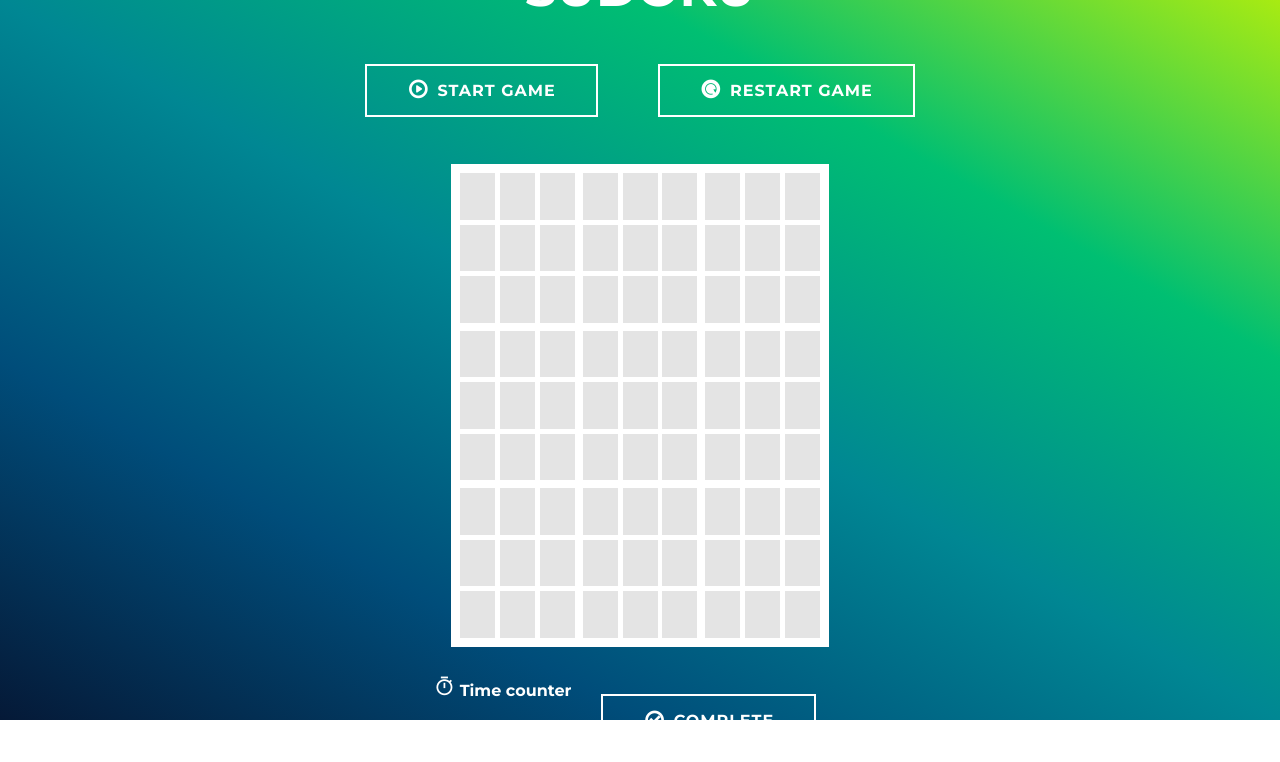
Repository: pattypetrikova/sudoku
Page: index.html
The author's editor kept a copy of each file at every save. The page is drawn from the files as they stood at one save, then again after the next save.
The browser window is 1280 px wide. The pictures show the whole page.
Some web fonts or font styles are not loaded; a fallback is used.

Above is the page before, as saved 2022-12-30 12:32:20.

### index.html
<!DOCTYPE html>
<html lang="en">
<head>
    <meta charset="UTF-8">
    <meta http-equiv="X-UA-Compatible" content="IE=edge">
    <meta name="viewport" content="width=device-width, initial-scale=1.0">
    <link rel="stylesheet" href="./assets/style.css">
    <link rel="preconnect" href="https://fonts.googleapis.com">
    <link rel="preconnect" href="https://fonts.gstatic.com" crossorigin>
    <link href="https://fonts.googleapis.com/css2?family=Erica+One&family=Montserrat:ital,wght@0,700;1,400&display=swap" rel="stylesheet">
    <link href="https://cdn.jsdelivr.net/npm/remixicon@2.5.0/fonts/remixicon.css" rel="stylesheet">
    <title>Sudoku</title>
</head>
<body>
    <main class="background">
        <h1 class="title">Sudoku</h1>
        <div class="head">
            <div class="buttons">
                <button class="button button-1 start"><i class="ri-play-circle-line ri-lg"></i>
                    Start game</button>
                    <button class="button button-1 start"><i class="ri-restart-fill ri-lg"></i>Restart game</button>
            </div>
        </div>
        <div class="game">
            <div class="gameboard">
                <form class="board-section" action="">
                    <input class="number" type="text">
                    <input class="number" type="text">
                    <input class="number" type="text">
                    <input class="number" type="text">
                    <input class="number" type="text">
                    <input class="number" type="text">
                    <input class="number" type="text">
                    <input class="number" type="text">
                    <input class="number" type="text">
                </form>
                <form class="board-section" action="">
                    <input class="number" type="text">
                    <input class="number" type="text">
                    <input class="number" type="text">
                    <input class="number" type="text">
                    <input class="number" type="text">
                    <input class="number" type="text">
                    <input class="number" type="text">
                    <input class="number" type="text">
                    <input class="number" type="text">
                </form>
                <form class="board-section" action="">
                    <input class="number" type="text">
                    <input class="number" type="text">
                    <input class="number" type="text">
                    <input class="number" type="text">
                    <input class="number" type="text">
                    <input class="number" type="text">
                    <input class="number" type="text">
                    <input class="number" type="text">
                    <input class="number" type="text">
                </form>
                <form class="board-section" action="">
                    <input class="number" type="text">
                    <input class="number" type="text">
                    <input class="number" type="text">
                    <input class="number" type="text">
                    <input class="number" type="text">
                    <input class="number" type="text">
                    <input class="number" type="text">
                    <input class="number" type="text">
                    <input class="number" type="text">
                </form>
                <form class="board-section" action="">
                    <input class="number" type="text">
                    <input class="number" type="text">
                    <input class="number" type="text">
                    <input class="number" type="text">
                    <input class="number" type="text">
                    <input class="number" type="text">
                    <input class="number" type="text">
                    <input class="number" type="text">
                    <input class="number" type="text">
                </form>
                <form class="board-section" action="">
                    <input class="number" type="text">
                    <input class="number" type="text">
                    <input class="number" type="text">
                    <input class="number" type="text">
                    <input class="number" type="text">
                    <input class="number" type="text">
                    <input class="number" type="text">
                    <input class="number" type="text">
                    <input class="number" type="text">
                </form>
                <form class="board-section" action="">
                    <input class="number" type="text">
                    <input class="number" type="text">
                    <input class="number" type="text">
                    <input class="number" type="text">
                    <input class="number" type="text">
                    <input class="number" type="text">
                    <input class="number" type="text">
                    <input class="number" type="text">
                    <input class="number" type="text">
                </form>
                <form class="board-section" action="">
                    <input class="number" type="text">
                    <input class="number" type="text">
                    <input class="number" type="text">
                    <input class="number" type="text">
                    <input class="number" type="text">
                    <input class="number" type="text">
                    <input class="number" type="text">
                    <input class="number" type="text">
                    <input class="number" type="text">
                </form>
                <form class="board-section" action="">
                    <input class="number" type="text">
                    <input class="number" type="text">
                    <input class="number" type="text">
                    <input class="number" type="text">
                    <input class="number" type="text">
                    <input class="number" type="text">
                    <input class="number" type="text">
                    <input class="number" type="text">
                    <input class="number" type="text">
                </form>
            </div>
        </div>
        <div class="footer">
            <div class="footer-buttons">
                <div class="time-couner"><i class="ri-timer-line ri-lg"></i>
                    Time counter</div>
                <button class="button button-1 finish"><i class="ri-checkbox-circle-line ri-lg"></i>
                    Complete</button>
            </div>
        </div>
    </main>
</body>
</html>

### assets/style.css
/* simple reset */
* {
    margin: 0;
    padding: 0;
    box-sizing: border-box;
}

/* general styles */
.background {
    font-family: 'Montserrat', sans-serif;
    color: white;
}

/* project styles */

.background {
    background-image: linear-gradient(to right top, #051937, #004d7a, #008793, #00bf72, #a8eb12);
    height: 100vh;
    display: flex;
    align-items: center;
    justify-content: center;
    flex-direction: column;
}


.game {
    background-color: white;
    display: flex;
    justify-content: center;
    flex-direction: column;
    margin: 2em;
}

.title {
    font-size: 50px;
    color: white;
    text-transform: uppercase;
    padding-bottom: 30px;
}

.gameboard {
    display: grid;
    padding: 0.6em;
    grid-template-columns: 1fr 1fr 1fr;
    gap: 0.5em;
}

.board-section {
    display: inline-grid;
    grid-template-columns: 1fr 1fr 1fr;
    justify-items: center;
    gap: .3em;
    max-width: 120px;
}

.number {
    width: 35px;
    height: 3.5em;
    background-color: lightgray;
    outline: none;
    border: none;
    /* border-radius: 8px; */
    opacity: 0.6;
}

.buttons {
    display: flex;
}

.footer-buttons {
    display: flex;
}

.button {
    border: none;
    font-family: inherit;
    font-size: inherit;
    color: black;
    background: none;
    cursor: pointer;
    padding: 15px 40px;
    display: inline-block;
    margin: 15px 30px;
    text-transform: uppercase;
    letter-spacing: 1px;
    font-weight: 700;
    outline: none;
    position: relative;
    -webkit-transition: all 0.3s;
    -moz-transition: all 0.3s;
    transition: all 0.3s;
    display: flex;
    column-gap: 0.5em;
    align-items: center;
  }

  .button:after {
    content: '';
    position: absolute;
    z-index: -1;
    -webkit-transition: all 0.3s;
    -moz-transition: all 0.3s;
    transition: all 0.3s;
  }

  /* Button 1 */
  .button-1 {
    border: 2px solid #fff;
    color: #fff;
  }

  /* Button 1a */
  .button-1:hover,
  .button-1:active {
    color: #0e83cd;
    background: #fff;
  }

After the next save:
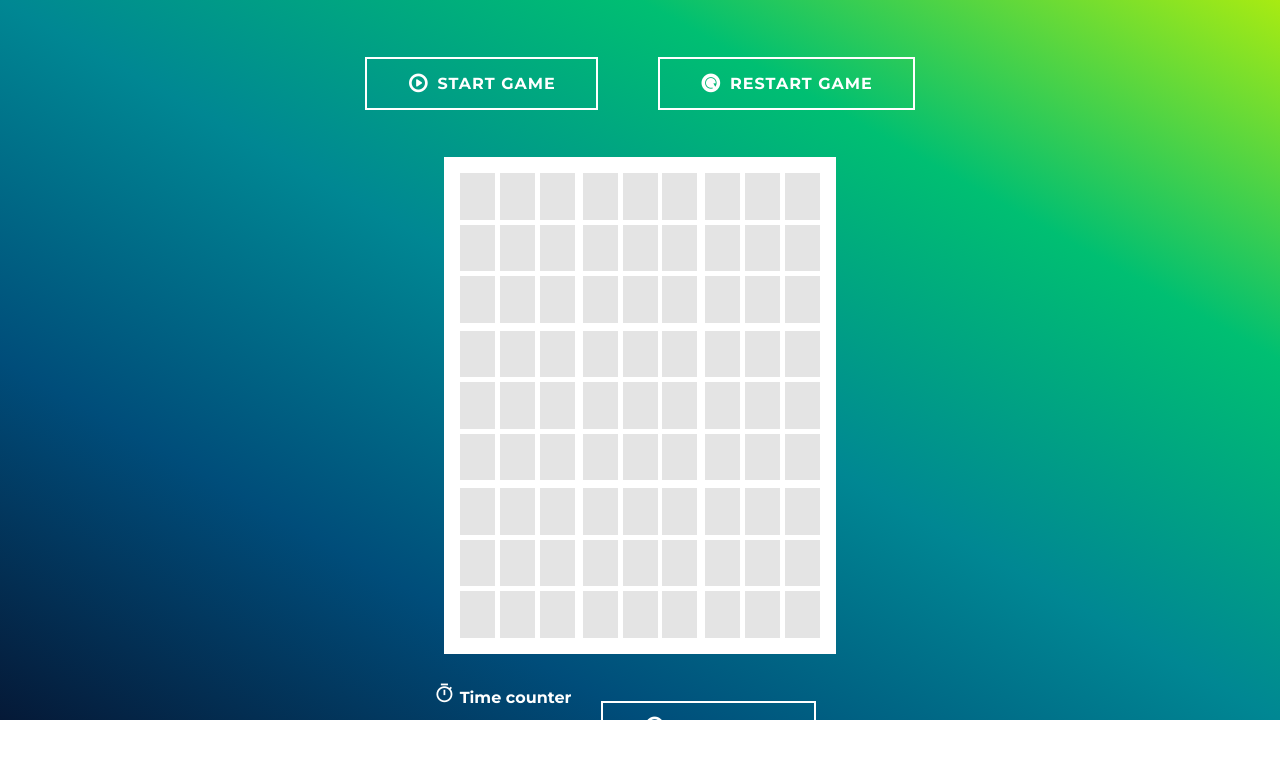
Saved 5 s later.
--- a/assets/style.css
+++ b/assets/style.css
@@ -40,7 +40,7 @@
 
 .gameboard {
     display: grid;
-    padding: 0.6em;
+    padding: 1em;
     grid-template-columns: 1fr 1fr 1fr;
     gap: 0.5em;
 }
